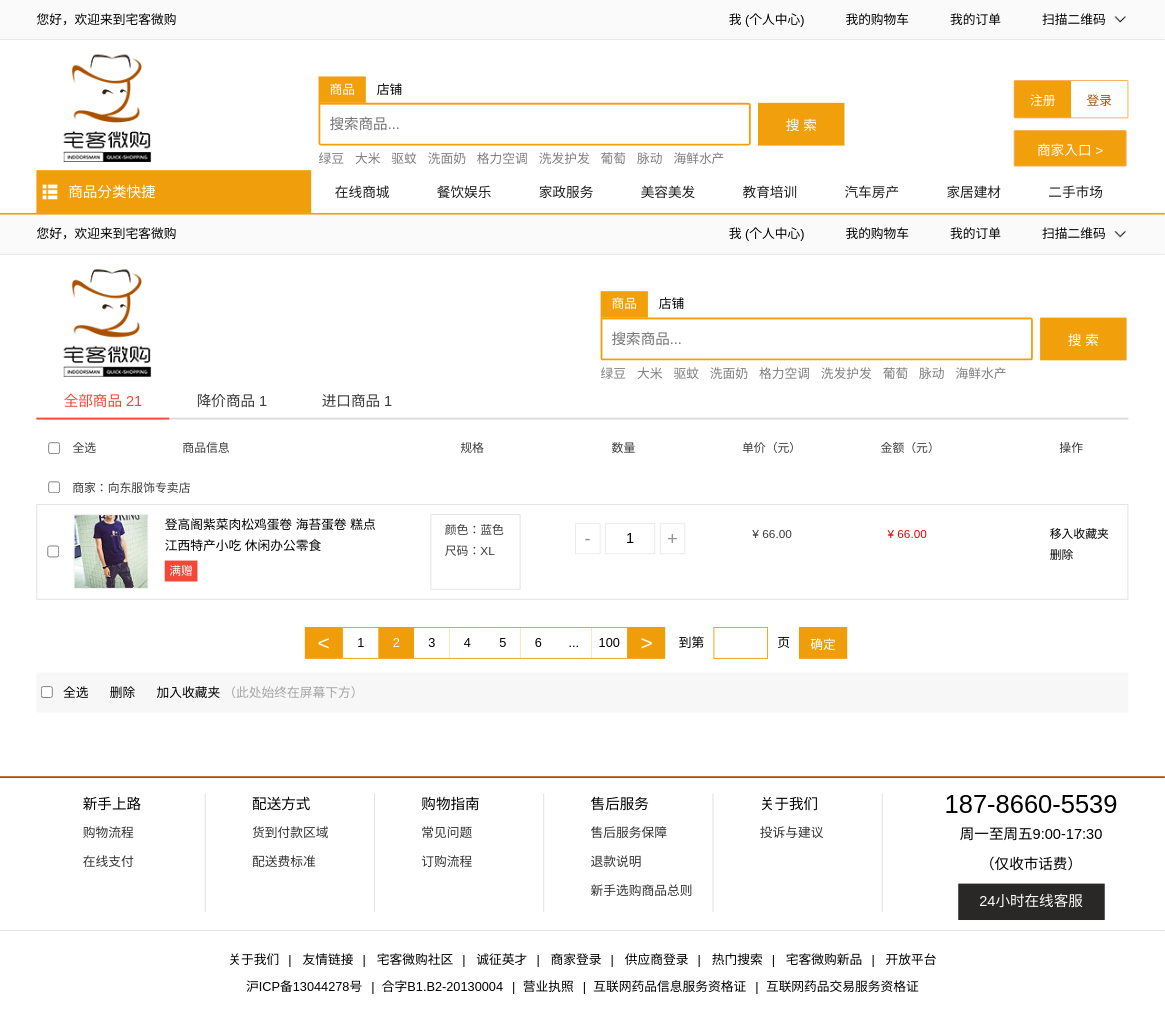
Repository: hucongting/MobliePhoneMall
Page: http://localhost/HelloMall/home/my_cart.jsp
These files come from the project's save history. The page is drawn as it stood at one moment and after the next save; the edit follows.
The browser window is 1280 px wide. The pictures show the whole page, at 91% of full size.
The page is served by Tomcat 9. Nobody is signed in. The application's start-up code is not run. Other server files are loaded and not shown.

Above is the page before, as saved 2018-09-01 06:51:14.

### HelloMall/src/main/webapp/home/my_cart.jsp
<%@ page language="java" contentType="text/html; charset=UTF-8"
    pageEncoding="UTF-8"%>
<!DOCTYPE html>
<html>
<head>
<meta http-equiv="Content-Type" content="text/html; charset=utf-8" />
<title>购物车</title>
<link rel="stylesheet" type="text/css" href="css/style.css" />
<link rel="stylesheet" type="text/css" href="css/shopping-mall-index.css" />
<script type="text/javascript" src="js/jquery.js"></script>
<script type="text/javascript" src="js/zhonglin.js"></script>
</head>

<body style="position:relative;">
	<jsp:include page="index_top.jsp"></jsp:include>
	<!--top 开始-->
    <div class="top">
    	<div class="top-con w1200">
        	<p class="t-con-l f-l">您好，欢迎来到宅客微购</p>
            <ul class="t-con-r f-r">
            	<li><a href="#">我 (个人中心)</a></li>
            	<li><a href="#">我的购物车</a></li>
            	<li><a href="#">我的订单</a></li>
            	<li class="erweima">
                	<a href="#">扫描二维码</a>
                    <div class="ewm-tu">
                    	<a href="#"><img src="images/erweima-tu.jpg" /></a>
                    </div>
                </li>
                <div style="clear:both;"></div>
            </ul>
            <div style="clear:both;"></div>
        </div>
    </div>

    <!--logo search 开始-->
    <div class="hd-info1 w1200">
    	<div class="logo f-l">
        	<h1><a href="#" title="中林网站"><img src="images/logo.jpg" /></a></h1>
        </div>
        <div class="search f-r">
        	<ul class="sp">
            	<li class="current" ss-search="sp"><a href="JavaScript:;">商品</a></li>
                <li ss-search="dp"><a href="JavaScript:;">店铺</a></li>
                <div style="clear:both;"></div>
            </ul>
            <div class="srh">
            	<div class="ipt f-l">
                	<input type="text" placeholder="搜索商品..." ss-search-show="sp" />
                    <input type="text" placeholder="搜索店铺..." ss-search-show="dp" style="display:none;" />
                </div>
                <button class="f-r">搜 索</button>
                <div style="clear:both;"></div>
            </div>
            <ul class="sp2">
                <li><a href="#">绿豆</a></li>
                <li><a href="#">大米</a></li>
                <li><a href="#">驱蚊</a></li>
                <li><a href="#">洗面奶</a></li>
                <li><a href="#">格力空调</a></li>
                <li><a href="#">洗发护发</a></li>
                <li><a href="#">葡萄 </a></li>
                <li><a href="#">脉动</a></li>
                <li><a href="#">海鲜水产</a></li>
                <div style="clear:both;"></div>
            </ul>
        </div>
        <div style="clear:both;"></div>
    </div>


    <!--内容开始-->
    <div class="cart-content w1200">
    	<ul class="cart-tit-nav">
        	<li class="current"><a href="#">全部商品   21</a></li>
        	<li><a href="#">降价商品   1</a></li>
        	<li><a href="#">进口商品   1</a></li>
            <div style="clear:both;"></div>
        </ul>
        <div class="cart-con-tit">
        	<p class="p1">
            	<input type="checkbox" value="" name="hobby"></input>
				<span>全选</span>
            </p>
            <p class="p2">商品信息</p>
            <p class="p3">规格</p>
            <p class="p4">数量</p>
            <p class="p5">单价（元）</p>
            <p class="p6">金额（元）</p>
            <p class="p7">操作</p>
        </div>

        <div class="cart-con-info">
        	<div class="info-top">
            	<input type="checkbox" value="" name="hobby"></input>
				<span>商家：向东服饰专卖店</span>
            </div>
            <div class="info-mid">
            	<input type="checkbox" value="" name="hobby" class="mid-ipt f-l"></input>
                <div class="mid-tu f-l">
                	<a href="#"><img src="images/dai1.gif" /></a>
                </div>
                <div class="mid-font f-l">
                	<a href="#">登高阁紫菜肉松鸡蛋卷 海苔蛋卷 糕点<br />江西特产小吃 休闲办公零食</a>
                    <span>满赠</span>
                </div>
                <div class="mid-guige f-l">
                	<p>颜色：蓝色</p>
                    <p>尺码：XL</p>
                    <a href="JavaScript:;" class="xg" xg="xg5">修改</a>
                    <div class="guige-xiugai" xg-g="xg5">
                    	<div class="xg-left f-l">
                        	<dl>
                            	<dt>颜  色</dt>
                                <dd>
                                	<a href="JavaScript:;" class="current">黑色</a>
                                    <a href="JavaScript:;">白色</a>
                                </dd>
                                <div style="clear:both;"></div>
                            </dl>
                            <dl>
                            	<dt>尺  码</dt>
                                <dd>
                                	<a href="JavaScript:;" class="current">M</a>
                                    <a href="JavaScript:;">L</a>
                                    <a href="JavaScript:;">XL</a>
                                </dd>
                                <div style="clear:both;"></div>
                            </dl>
                            <a href="JavaScript:;" class="qd">确定</a>
                            <a href="JavaScript:;" class="qx" qx="xg5">取消</a>
                        </div>
                    	<div class="xg-right f-l">
                        	<a href="#"><img src="images/dai2.gif" /></a>
                        </div>
                        <div style="clear:both;"></div>
                    </div>
                </div>
                <div class="mid-sl f-l">
                	<a href="JavaScript:;" class="sl-left">-</a>
                    <input type="text" value="1" />
                    <a href="JavaScript:;" class="sl-right">+</a>
                </div>
                <p class="mid-dj f-l">¥ 66.00</p>
                <p class="mid-je f-l">¥ 66.00</p>
                <div class="mid-chaozuo f-l">
                	<a href="#">移入收藏夹</a>
                    <a href="#">删除</a>
                </div>
                <div style="clear:both;"></div>
            </div>
        </div>

        <!--分页-->
        <div class="paging">
            	<div class="pag-left f-l">
                	<a href="#" class="about left-r f-l"><</a>
                    <ul class="left-m f-l">
                    	<li><a href="#">1</a></li>
                        <li class="current"><a href="#">2</a></li>
                        <li><a href="#">3</a></li>
                        <li><a href="#">4</a></li>
                        <li><a href="#">5</a></li>
                        <li><a href="#">6</a></li>
                        <li><a href="#">...</a></li>
                        <li><a href="#">100</a></li>
                        <div style="clear:both;"></div>
                    </ul>
                	<a href="#" class="about left-l f-l">></a>
                    <div style="clear:both;"></div>
                </div>
            	<div class="pag-right f-l">
                	<div class="jump-page f-l">
                        到第<input type="text" />页
                    </div>
                    <button class="f-l">确定</button>
                    <div style="clear:both;"></div>
                </div>
                <div style="clear:both;"></div>
            </div>
       	<div class="cart-con-footer">
        	<input type="checkbox" value="" name="hobby"></input>
			<span>全选</span>
            <a href="#">删除</a>
            <a href="#">加入收藏夹</a>
            <p>（此处始终在屏幕下方）</p>
        </div>
    </div>

    <!--底部服务-->
    <div class="ft-service">
    	<div class="w1200">
        	<div class="sv-con-l2 f-l">
            	<dl>
                	<dt><a href="#">新手上路</a></dt>
                    <dd>
                    	<a href="#">购物流程</a>
                    	<a href="#">在线支付</a>
                    </dd>
                </dl>
                <dl>
                	<dt><a href="#">配送方式</a></dt>
                    <dd>
                    	<a href="#">货到付款区域</a>
                    	<a href="#">配送费标准</a>
                    </dd>
                </dl>
                <dl>
                	<dt><a href="#">购物指南</a></dt>
                    <dd>
                    	<a href="#">常见问题</a>
                    	<a href="#">订购流程</a>
                    </dd>
                </dl>
                <dl>
                	<dt><a href="#">售后服务</a></dt>
                    <dd>
                    	<a href="#">售后服务保障</a>
                    	<a href="#">退款说明</a>
                    	<a href="#">新手选购商品总则</a>
                    </dd>
                </dl>
                <dl>
                	<dt><a href="#">关于我们</a></dt>
                    <dd>
                    	<a href="#">投诉与建议</a>
                    </dd>
                </dl>
                <div style="clear:both;"></div>
            </div>
        	<div class="sv-con-r2 f-r">
            	<p class="sv-r-tle">187-8660-5539</p>
            	<p>周一至周五9:00-17:30</p>
            	<p>（仅收市话费）</p>
            	<a href="#" class="zxkf">24小时在线客服</a>
            </div>
            <div style="clear:both;"></div>
        </div>
    </div>

    <!--底部 版权-->
    <div class="footer w1200">
    	<p>
        	<a href="#">关于我们</a><span>|</span>
        	<a href="#">友情链接</a><span>|</span>
        	<a href="#">宅客微购社区</a><span>|</span>
        	<a href="#">诚征英才</a><span>|</span>
        	<a href="#">商家登录</a><span>|</span>
        	<a href="#">供应商登录</a><span>|</span>
        	<a href="#">热门搜索</a><span>|</span>
        	<a href="#">宅客微购新品</a><span>|</span>
        	<a href="#">开放平台</a>
        </p>
        <p>
        	沪ICP备13044278号<span>|</span>合字B1.B2-20130004<span>|</span>营业执照<span>|</span>互联网药品信息服务资格证<span>|</span>互联网药品交易服务资格证
        </p>
    </div>
</body>
</html>

### HelloMall/src/main/webapp/home/css/style.css
@charset "utf-8";
/* CSS Document */

/*CSS 初始化*/
body, v, dl, dt, dd, ul, ol, li, h1, h2, h3, h4, h5, h6, pre, form, fieldset, input, p, blockquote, th, td { margin:0; padding:0; }
body {
	font-size:12px;
	/* [disabled]color:#666; */
	font-family:"Microsoft Yahei",Heiti,arial,helvetica,sans-serif!important;/*font-family:Verdana, Microsoft YaHei, Simsun;*/
	line-height:23px;
}
fieldset, img { border:0;}
img{ display:block;}
ol, ul { list-style:none; }
h1, h2, h3, h4, h5, h6{ font-size:100%;}
em { font-style:normal; }
input, button, select, textarea{ outline:none;}
textarea { resize:none; }
a { color:#666;text-decoration:none; }
a:hover { text-decoration:none;}
a:focus{outline:none; -moz-outline:none;}		/*解决  去除 a 链接点击后有一个虚线的边框出现*/

/*a:hover{ color:#F09E0B;}*/

/*公用样式*/
.w1200{ width:1200px; margin:0 auto;}
.mt20{ margin-top:20px;}
.f-l{ float:left;}
.f-r{ float:right;}
.none{ display:none;}

/*top 开始*/
.top{ width:100%; height:43px; background-color:#FAFAFA; border-bottom:1px solid #e5e5e5;}
.top-con .t-con-l{ font-size:14px; color:#000; line-height:43px;}
.top-con .t-con-r li{ float:left; margin-left:45px; line-height:43px;}
.top-con .t-con-r .erweima{ position:relative;}
.top-con .t-con-r .erweima a{padding-right:25px; background:url(../images/erweima-bg.jpg) no-repeat 80px center;}
.top-con .t-con-r .erweima .ewm-tu{ width:94px; height:94px; padding:10px; background-color:#fff; border:1px solid #e5e5e5; overflow:hidden; position:absolute;top:43px; right:0; display:none;}
.top-con .t-con-r .erweima .ewm-tu a{ padding:0;}
.top-con .t-con-r li a{ font-size:14px; color:#000;}
.top-con .t-con-r li a:hover{ color:#F09E0B;}

/*logo search 开始*/
.hd-info1 .logo{ width:96px; height:118px; margin:16px 0 0 30px;}
.hd-info1 .search{ width:580px;margin-top:40px;}
.search .sp li{ float:left; width:52px; height:29px; line-height:29px; text-align:center;}
.search .sp li a{ font-size:14px; color:#000;}
.search .sp .current{ background-color:#F19F0B;}
.search .sp .current a{ color:#fff;}
.search .srh{ width:578px;}
.search .srh .ipt{background-color:#F19F0B; border-radius:0 3px 3px 3px; padding:2px;}
.search .srh .ipt input{ width:451px; height:43px; border:none; padding:0 10px; font-size:16px; color:#333;}
.search .srh button{ width:95px; height:47px; background-color:#F19F0B; font-size:15px; color:#fff; cursor:pointer; border:none;}
.search .sp2{ margin-top:3px;}
.search .sp2 li{ float:left; margin-right:12px;}
.search .sp2 li a{ font-size:14px; color:#7F7F7F;}
.hd-info1 .dianji{ width:126px; height:97px; margin:44px 0 0 184px;}
.dianji button{ border:none; cursor:pointer; }
.dianji .btn1,.dianji .btn2{ width:124px; height:40px; background-color:#F19F0B; border:1px solid #F9AA5B; border-radius:1px;}
.dianji .btn1{ margin-bottom:13px;}
.dianji .btn1 button{ font-size:14px; color:#fff;width:62px; height:40px; float:left;}
.dianji .btn1 .btn1-l{ background-color:#F19F0B;}
.dianji .btn1 .btn1-r{ background-color:#fff; color:#AB5100;}
.dianji .btn2{ font-size:15px; color:#fff;}

/*切换城市*/
.switch-city{ margin:0 auto 15px; position:relative;}
.switch-city .dianji-qh{ font-size:14px; color:#131313; margin:0 10px 0 15px;}
.switch-city span{ font-size:14px; color:#AB5100;}
.select-city{ width:1200px;background:#fff; padding-bottom:30px; position:absolute; left:0; top:33px; display:none; z-index:9;}
.select-city .sl-city-top{ height:42px; background-color:#F2F2F2;}
.select-city .sl-city-top p{ line-height:42px; font-size:14px; color:#000; margin-left:12px;}
.select-city .sl-city-top .close-select-city{ margin:12px;}
.select-city .sl-city-con{ padding:0 20px;}
.select-city .sl-city-con p{ margin:20px 0; font-size:18px; color:#000;}
.select-city .sl-city-con dt{ width:56px; font-size:14px; font-weight:bold; color:#000; float:left; margin-right:8px;}
.select-city .sl-city-con dl{margin-bottom:10px;}
.select-city .sl-city-con dd{ float:left; width:1095px;}
.select-city .sl-city-con dd a{ display:inline-block; margin-right:10px; font-size:14px; color:#000;}
.switch-city a:hover{ color:#F09E0B;}
.switch-city .select-city .sl-city-con dd a:hover{ color:#F09E0B;}

/*nav 开始*/
.nav{ position:relative;}
.nav .sp-kj{ width:267px; height:47px; line-height:47px; font-size:16px; color:#fff; float:left; background:#F09E0B url(../images/sp-kj-bg.jpg) no-repeat 6px center; padding-left:35px; position:relative;}
.nav .kj-show{ width:302px; height:560px;z-index:1; position:absolute; top:47px; left:0;}
.nav ul{ float:left;}
.nav li{ float:left; width:112px; height:47px; line-height:47px; text-align:center;}
.nav li a{ font-size:15px; color:#1F1F1F;}
.nav li a:hover{ color:#F09E0B;}
   /**************在线商城首页快捷二的中方法**************/
.nav .kj-show2{width:302px;height:560px;background-color:#2B2B2B;z-index:2;position:relative;position:absolute; top:47px; left:0; }
.nav .kj-show2 .kj-info1{ border-top:1px solid #343434; border-bottom:1px solid #000;}
.nav .kj-show2 .kj-dl1{ padding:5px 10px 5px;}
.nav .kj-show2 .kj-dl1 dt{padding-left:20px; background:url(../images/kj-show-dt-tu1.gif) no-repeat left center; margin-bottom:4px;}
.nav .kj-show2 .kj-dl1 dt a{ font-size:14px; font-weight:bold;color:#fff;}
.nav .kj-show2 .kj-dl1 dt a:hover{ color:#F09E0B;}
.nav .kj-show2 .kj-dl1 dd{ line-height:30px;font-size:14px; color:#fff;padding-left:20px;}
.nav .kj-show2 .hover-show-bg{ background-color:#fff;}
.nav .kj-show2 .hover-show-bg .kj-dl1 dt{background:url(../images/kj-show-dt-tu1-show.gif) no-repeat left center;}
.nav .kj-show2 .hover-show-bg dt a{ color:#2b2b2b;}
.nav .kj-show2 .hover-show-bg dd{color:#2b2b2b;}
.nav .kj-show2 .kj-if-show{ display:none; width:680px; min-height:558px;border:1px solid #DBDBDB; border-left:none; background-color:#fff; position:absolute; top:0; left:302px;}
.nav .kj-show2 .kj-if-show dl{ margin:0 11px;padding:15px 8px;border-bottom:1px solid #D5D5D5;}
.nav .kj-show2 .kj-if-show dl dt{ width:150px; font-size:14px; color:#000; font-weight:bold; float:left;}
.nav .kj-show2 .kj-if-show dl dd{ float:left; width:490px;}
.nav .kj-show2 .kj-if-show dl dd a{ display:inline-block;font-size:14px; color:#000; margin-right:30px;}
.nav .kj-show2 .kj-if-show dl dd a:hover{ color:#F09E0B;}
/*nav END*/

/*banner 图*/
.style-banner img{ margin:0 auto;}

/*banner 开始*/
.banner-box{ width:100%; height:560px; /*background:url(../images/banner-bgtu.jpg) no-repeat top center;*/}
.banner{ height:560px; position:relative; overflow:hidden;/**/}
.banner ul{ width:7200px; position:relative; left:0；}
.banner li{ float:left;}
.banner .bnr{ display:inline-block; width:67px; height:121px; line-height:121px; text-align:center; background-color:#000; color:#fff; font-size:36px; font-family:"宋体"; opacity:0.3; position:absolute; top:220px; left:311px;}
.banner .bnr-right{ left:1120px;}

/*热门推荐*/
.hot-recommend h3{ font-size:18px; color:#000; font-weight:normal; margin-top:20px;}
.hot-recommend ul{ width:1199px; margin:13px auto 0;border-left:1px solid #ECECEC; border-top:1px solid #ECECEC;}
.hot-recommend li{ float:left; width:299px; height:236px; overflow:hidden; border-right:1px solid #ECECEC;border-bottom:1px solid #ECECEC;}
.hot-recommend li img{margin:0 auto;}
.hot-recommend .ys1{ position:relative;}
.hot-recommend .ys1 .ys1-opt{ width:223px; height:75px; background-color:#fff; position:absolute; top:144px; left:39px; opacity:0.7;}
.hot-recommend .ys1 .ys1-ft{width:223px; height:75px;position:absolute; top:144px; left:39px;}
.hot-recommend .ys1 .ys1-ft p{display:inline-block; width:94px; font-size:18px; color:#000;margin:14px 0 0 15px; float:left; text-align:center;}
.hot-recommend .ys1 .ys1-ft p span{  font-size:14px; }
.hot-recommend .ys1 .ys1-ft a{ float:left; width:90px; height:29px; background:url(../images/ys1-a-bg.jpg) no-repeat; text-align:center; line-height:29px; margin-top:25px; font-size:13px; color:#fff;}
.hot-recommend .ys2 p{ font-size:18px; color:#000; text-align:center; margin:13px 0 15px;}
.hot-recommend .ys2 .ys2-a1{ display:block; width:144px; height:29px; line-height:29px; text-align:center; font-size:12px; color:#fff; background:url(../images/ys2-a-bg.gif) no-repeat; margin:0 auto;}

/*广告栏*/
.advertisement{ height:74px; background-color:#EBEBEB; margin-top:20px; overflow:hidden;}

/*广告栏 二*/
.advertisement2{ width:1198px; height:94px; border:1px solid #ECECEC; background-color:#FDFDFD;margin:20px auto;}
.advertisement2 li{ float:left; width:148px; height:94px; border-right:1px solid #ECECEC;}
.advertisement2 li img{ margin:23px auto;}

/*底部服务*/
.ft-service{ width:100%;margin-top:70px; border-top:2px solid #AB5100; border-bottom:1px solid #DFDFDF; padding:17px 0 20px;}
.sv-con-l2{ width:980px;}
.sv-con-l2 dl{ width:134px; height:130px; padding-left:51px;border-right:1px solid #DEDEDE; float:left;}
.sv-con-l2 dl dt{ height:32px;}
.sv-con-l2 dl dt a{ font-size:16px; color:#000;}
.sv-con-l2 dl dt a:hover{ color:#F09E0B;}
.sv-con-l2 dl dd a{ display:block; height:32px; font-size:14px; color:#333;}
.sv-con-l2 dl dd a:hover{color:#F09E0B;}
.sv-con-r2{ width:214px; height:90px; text-align:center;}
.sv-con-r2 p{ font-size:16px; color:#000; margin-bottom:10px;}
.sv-con-r2 .sv-r-tle{ font-size:28px;}
.sv-con-r2 a{ display:block; width:161px; height:40px; line-height:40px; color:#fff; font-size:16px; background-color:#2A2826; margin:0 auto;}

/*底部 版权*/
.footer{ padding:20px 0; text-align:center;}
.footer p{ height:30px;font-size:14px; color:#000;}
.footer p a{ display:inline-block; font-size:14px; color:#000;}
.footer p a:hover{color:#F09E0B;}
.footer p span{ margin:0 8px 0 10px;}

/*分页开始*/
.paging{ width:610px;margin:30px auto 0;}
.pag-left{ margin-right:15px;}
.pag-left .about{ display:inline-block; width:41px; height:35px; line-height:35px; text-align:center; color:#fff; background:#EF9D09; font-size:23px;}
.pag-left .left-m{height:33px; padding:1px;background:#EF9D09;}
.pag-left .left-m li{ float:left; width:39px; height:33px; line-height:33px; text-align:center; background:#fff;}
.pag-left .left-m li:hover{ background:#EF9D09;}
.pag-left .left-m li:hover a{ color:#fff;}
.pag-left .left-m .current{background:#EF9D09;}
.pag-left .left-m .current a{color:#fff;}
.pag-left .left-m li a{ display:block; font-size:14px; color:#000;}
.pag-right .jump-page{ font-size:14px; color:#000; margin-right:10px;}
.pag-right .jump-page input{ border:none; width:48px; height:33px; border:1px solid #EF9D09; margin:0 10px; padding:0 5px;}
.pag-right button{ border:none; width:53px; height:35px; background:#EF9D09; color:#fff; font-size:14px; cursor:pointer;}

/*滚动栏*/
.dingwei{ position:fixed; top:151px; right:74px; z-index:9999;}
.dingwei li{ width:48px; height:48px; border:1px solid #ACACAC; background:#FAFAFA; border-bottom:0; text-align:center;}
.dingwei li .tit img{ margin:8px auto 0;}
.dingwei li .tit{ font-size:10px; color:#434343;}
.dingwei li .dw-con{ display:none; width:130px; height:93px; padding:6px; background:#fff; border:1px solid #ACACAC; position:absolute;top:-58px; left:-144px; text-align:left;}
.dingwei li .dw-con h3{ font-weight:normal; font-size:12px; color:#2A2A2A;}
.dingwei li .dw-con img{margin: 5px 0; }
.dingwei li .dw-con .dw-p1 span{ font-size:13px; color:#666; margin:0 7px;}
.dingwei li .dw-con .dw-p2 span{font-size:12px; color:#F34737; margin:0 3px;}

.dingwei li .fx-con{display:none; width:167px; height:48px;background:#fff; border:1px solid #ACACAC; position:absolute;top:-1px; left:-169px;}
.dingwei li .fx-con li{ float:left; width:55px; border:0;}
.dingwei li .fx-con li a{ font-size:10px; color:#434343;}
.dingwei li .fx-con li img{ height:24px; margin:3px auto 0;}

Loaded but not shown: HelloMall/src/main/webapp/home/js/jquery.js (library); HelloMall/src/main/webapp/home/js/zhonglin.js (361 lines, source omitted); HelloMall/src/main/webapp/home/css/shopping-mall-index.css (1188 lines, source omitted); HelloMall/src/main/webapp/home/index_top.jsp (554 lines, source omitted)

After the next save:
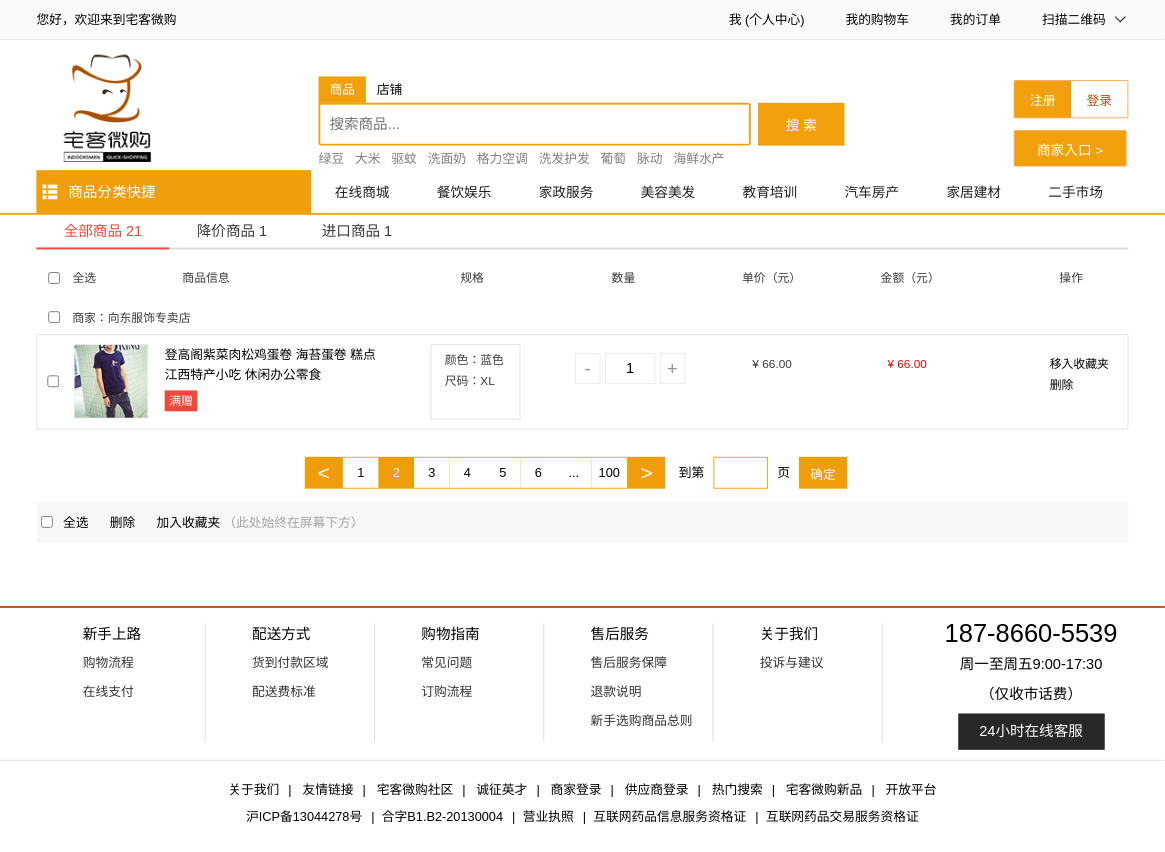
Saved 16 s later.
--- a/HelloMall/src/main/webapp/home/my_cart.jsp
+++ b/HelloMall/src/main/webapp/home/my_cart.jsp
@@ -13,60 +13,7 @@
 
 <body style="position:relative;">
 	<jsp:include page="index_top.jsp"></jsp:include>
-	<!--top 开始-->
-    <div class="top">
-    	<div class="top-con w1200">
-        	<p class="t-con-l f-l">您好，欢迎来到宅客微购</p>
-            <ul class="t-con-r f-r">
-            	<li><a href="#">我 (个人中心)</a></li>
-            	<li><a href="#">我的购物车</a></li>
-            	<li><a href="#">我的订单</a></li>
-            	<li class="erweima">
-                	<a href="#">扫描二维码</a>
-                    <div class="ewm-tu">
-                    	<a href="#"><img src="images/erweima-tu.jpg" /></a>
-                    </div>
-                </li>
-                <div style="clear:both;"></div>
-            </ul>
-            <div style="clear:both;"></div>
-        </div>
-    </div>
-
-    <!--logo search 开始-->
-    <div class="hd-info1 w1200">
-    	<div class="logo f-l">
-        	<h1><a href="#" title="中林网站"><img src="images/logo.jpg" /></a></h1>
-        </div>
-        <div class="search f-r">
-        	<ul class="sp">
-            	<li class="current" ss-search="sp"><a href="JavaScript:;">商品</a></li>
-                <li ss-search="dp"><a href="JavaScript:;">店铺</a></li>
-                <div style="clear:both;"></div>
-            </ul>
-            <div class="srh">
-            	<div class="ipt f-l">
-                	<input type="text" placeholder="搜索商品..." ss-search-show="sp" />
-                    <input type="text" placeholder="搜索店铺..." ss-search-show="dp" style="display:none;" />
-                </div>
-                <button class="f-r">搜 索</button>
-                <div style="clear:both;"></div>
-            </div>
-            <ul class="sp2">
-                <li><a href="#">绿豆</a></li>
-                <li><a href="#">大米</a></li>
-                <li><a href="#">驱蚊</a></li>
-                <li><a href="#">洗面奶</a></li>
-                <li><a href="#">格力空调</a></li>
-                <li><a href="#">洗发护发</a></li>
-                <li><a href="#">葡萄 </a></li>
-                <li><a href="#">脉动</a></li>
-                <li><a href="#">海鲜水产</a></li>
-                <div style="clear:both;"></div>
-            </ul>
-        </div>
-        <div style="clear:both;"></div>
-    </div>
+
 
 
     <!--内容开始-->
